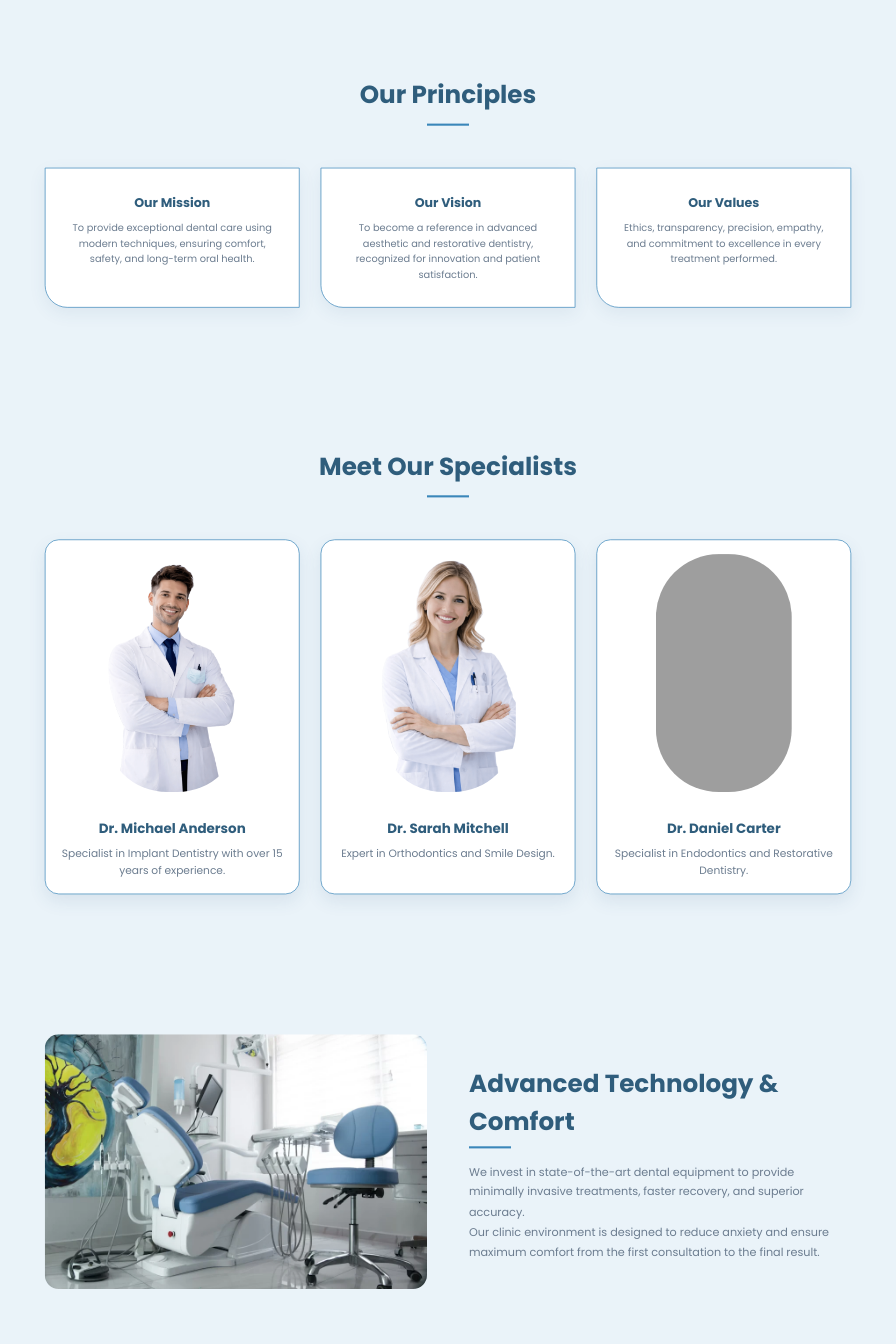
Repository: davidfsillva/OdontoPrime
Page: about.html
The author's editor kept a copy of each file at every save. The page is drawn from the files as they stood at one save, then again after the next save.
The browser window is 1280 px wide. The pictures show the part of the page from y = 942 to 2862 px (the page is 3445 px tall), at 70% of full size.
Pictures or frames that could not be fetched are drawn as grey boxes.

Above is the page before, as saved 2026-02-16 23:38:19.

### about.html
<!DOCTYPE html>
<html lang="en">
<head>
<meta charset="UTF-8">
<meta name="viewport" content="width=device-width, initial-scale=1.0">
<title>About - OdontoPrime Excellence</title>

<link rel="stylesheet" href="style.css">
<link href="https://fonts.googleapis.com/css2?family=Poppins:wght@300;400;600;700&display=swap" rel="stylesheet">
</head>


<body>

<!-- HEADER -->
<header>
    <div class="container nav-container">
        <div class="logo">OdontoPrime</div>

        <nav id="nav">
            <a href="index.html">Home</a>
            <a href="about.html" class="active">About</a>
            <a href="services.html">Services</a>
            <a href="contact.html">Contact</a>
        </nav>

        <div class="menu-toggle" onclick="toggleMenu()">☰</div>
    </div>
</header>

<!-- HERO ABOUT -->
<section class="hero hero-about">
    <div class="container hero-content">
        <div class="hero-text">
            <h1>About OdontoPrime Excellence</h1>
            <p>
                Dedicated to delivering advanced dental care with precision,
                innovation, and a patient-centered approach.
            </p>
        </div>
    </div>
</section>

<!-- OUR STORY -->
<section class="about-preview">
    <div class="container about-grid">
        <div class="about-text">
            <h2>Our Story</h2>
            <p>
                Founded over a decade ago, OdontoPrime Excellence was created with a clear mission:
                to redefine modern dentistry through innovation, comfort, and excellence.
                Our clinic combines advanced technology with a humanized approach,
                ensuring each patient receives personalized and comprehensive care.
            </p>

            <p>
                Over the years, we have built a reputation for delivering long-lasting results,
                aesthetic precision, and preventive solutions that promote complete oral health.
            </p>
        </div>

        <div class="about-image">
            <img src="img/premium.png" alt="Dental clinic interior">
        </div>
    </div>
</section>

<!-- MISSION VISION VALUES -->
<section class="departments">
    <div class="container">
        <h2>Our Principles</h2>

        <div class="dept-grid">

            <div class="card">
                <h3>Our Mission</h3>
                <p>
                    To provide exceptional dental care using modern techniques,
                    ensuring comfort, safety, and long-term oral health.
                </p>
            </div>

            <div class="card">
                <h3>Our Vision</h3>
                <p>
                    To become a reference in advanced aesthetic and restorative dentistry,
                    recognized for innovation and patient satisfaction.
                </p>
            </div>

            <div class="card">
                <h3>Our Values</h3>
                <p>
                    Ethics, transparency, precision, empathy, and commitment
                    to excellence in every treatment performed.
                </p>
            </div>

        </div>
    </div>
</section>

<!-- OUR TEAM -->
<section class="departments about-cards">
    <div class="container">
        <h2>Meet Our Specialists</h2>

        <div class="dept-grid">

            <div class="card">
                <img src="img/dr - Copia.png" alt="Lead dentist">
                <h3>Dr. Michael Anderson</h3>
                <p>Specialist in Implant Dentistry with over 15 years of experience.</p>
            </div>

            <div class="card">
                <img src="img/sara.png" alt="Orthodontist">
                <h3>Dr. Sarah Mitchell</h3>
                <p>Expert in Orthodontics and Smile Design.</p>
            </div>

            <div class="card">
                <img src="img/" alt="Endodontist">
                <h3>Dr. Daniel Carter</h3>
                <p>Specialist in Endodontics and Restorative Dentistry.</p>
            </div>

        </div>
    </div>
</section>

<!-- WHY CHOOSE US EXTENDED -->
<section class="about-preview">
    <div class="container about-grid">

        <div class="about-image">
            <img src="img/photo.webp" alt="Dental technology">
        </div>

        <div class="about-text">
            <h2>Advanced Technology & Comfort</h2>
            <p>
                We invest in state-of-the-art dental equipment to provide
                minimally invasive treatments, faster recovery, and superior accuracy.
            </p>

            <p>
                Our clinic environment is designed to reduce anxiety and ensure
                maximum comfort from the first consultation to the final result.
            </p>
        </div>

    </div>
</section>

<!-- CALL TO ACTION -->
<section class="departments">
    <div class="container" style="text-align:center;">
        <h2>Ready to Transform Your Smile?</h2>
        <p style="max-width:600px; margin:20px auto; color:var(--text-medium);">
            Schedule your consultation today and discover a new standard of dental excellence.
        </p>

        <a href="contact.html" class="btn-view">Book Your Consultation</a>
    </div>
</section>

<!-- FOOTER -->
<footer>
    <p>© 2026 OdontoPrime - All Rights Reserved</p>
</footer>


<!-- BOTÃO VOLTAR AO TOPO -->
<a href="#" class="back-to-top" id="backToTop">↑</a>

<script src="script.js"></script>


</body>
</html>

### style.css
:root{

    --primary-blue: #2F5D7C;
    --secondary-blue: #4F7FA3;
    --accent-blue: #3A86B9;

    --bg-light: #EAF3F9;
    --white: #FFFFFF;
    --off-white: #E6EEF5;

    --text-dark: #2E3A46;
    --text-medium: #6B7C8F;

    --hero-gradient-start: rgba(47, 93, 124, 0.95);
    --hero-gradient-end: rgba(79, 127, 163, 0.85);

    --shadow-soft: 0 5px 20px rgba(47, 93, 124, 0.08);
}

*{
    margin:0;
    padding:0;
    box-sizing:border-box;
    font-family:'Poppins', sans-serif;
}

body{
    background:var(--bg-light);
    color:var(--text-dark);
}

.container{
    width:90%;
    max-width:1200px;
    margin:auto;
}

/* HEADER */

nav{
    display:flex;
    align-items:center;
}

header{
    position:absolute;
    width:100%;
    padding:25px 0;
    z-index:1000;
    background:transparent;
}

.nav-container{
    display:flex;
    justify-content:space-between;
    align-items:center;
}

.logo{
    font-weight:700;
    font-size:1.9rem;
    color:var(--white);
    text-shadow: 0 3px 8px rgba(0, 0, 0, 0.5);
}

nav a{
    margin-left:25px;
    text-decoration:none;
    color:var(--white);
    font-weight:500;
    transition:0.3s;
}

nav a:hover{
    color:var(--accent-blue);
}

.menu-toggle{
    display:none;
    font-size:24px;
    cursor:pointer;
    color:var(--white);
}

nav a.active{
    color: var(--accent-blue);
    font-weight: 600;
    position: relative;
}

/* HERO */

.hero{
    min-height:100vh;
    display:flex;
    align-items:center;
    background:
    linear-gradient(to right,
    rgba(79, 127, 163, 0.438),
    rgba(58, 134, 185, 0.048)),
    url('img/hero.webp') center/cover no-repeat;
    color:var(--white);
    padding:0 0;
    position:relative;
}

.hero-content{
    width:100%;
}

.hero-text{
    max-width:600px;
}

.hero h1{
    font-size:2.8rem;
    margin-bottom:20px;
    font-weight:700;
    line-height:1.2;
    text-shadow: 0 3px 8px rgba(0, 0, 0, 0.5);
}

.hero p{
    margin-bottom:25px;
    max-width:500px;
    font-size:16px;
    line-height:1.6;
    color:var(--white);
    text-shadow: 0 3px 8px rgba(0, 0, 0, 0.5);
}

.hero-about{
    background: var(--primary-blue);
    min-height: 60vh;
}


/* HERO STATS */

.hero-stats{
    position:absolute;
    bottom:0px;
    left:60%;
    transform:translateX(-50%);
    width:90%;
    max-width:1100px;
    display:grid;
    grid-template-columns:repeat(auto-fit, minmax(180px,1fr));
    gap:20px;
    padding:25px 40px;
    background:rgba(255,255,255,0.15);
    backdrop-filter:blur(15px);
    -webkit-backdrop-filter:blur(15px);
    border-radius:20px 0px 0px 0px;
    border:1px solid rgba(255,255,255,0.2);
}

.stat-item{
    text-align:center;
    color:var(--white);
}

.stat-item h2{
    font-size:2rem;
    font-weight:700;
}

.stat-item p{
    font-size:0.9rem;
    opacity:0.9;
}

/* BUTTONS */

.btn{
    padding:14px 30px;
    background:var(--white);
    border:none;
    color:var(--primary-blue);
    font-weight:600;
    border-radius:30px;
    cursor:pointer;
    transition:0.3s;
}

.btn:hover{
    background:var(--accent-blue);
    color:var(--white);
    transform:translateY(-3px);
}

.btn-view {
    padding:14px 30px;
    background:var(--accent-blue);
    border:none;
    color:var(--white);
    font-weight:600;
    border-radius:30px;
    cursor:pointer;
    transition:0.3s;
    text-decoration: none;
    text-align: center;
    display: block;
    width: fit-content;
    margin:40px auto 0;
}

.btn-view:hover {
    transform: translateY(-5px);
    box-shadow: 0 15px 30px rgba(0,0,0,0.2);
}

/* ABOUT */
.about-image{
    position:relative;
    overflow:hidden;
}


.about-preview{
    padding:100px 0;
}

.about-grid{
    display:grid;
    grid-template-columns:1fr 1fr;
    gap:60px;
    align-items:center;
}

.about-text h2{
    font-size:2.2rem;
    color:var(--primary-blue);
    margin-bottom:20px;
    position:relative;
}

.about-text h2::after{
    content:"";
    width:60px;
    height:3px;
    background:var(--accent-blue);
    display:block;
    margin-top:10px;
}

.about-text p{
    font-size:16px;
    line-height:1.8;
    color:var(--text-medium);
}

.about-grid img:not(.lead-dentist){
    width:100%;
    border-radius:20px;
}

.lead-dentist {
    border-radius: 30px; /* cantos arredondados */
    width: 60%;
    height: auto;
    margin: 0 auto;
    box-shadow: 0 8px 20px rgba(0,0,0,0.2); /* opcional: sombra suave */
    display: flex;
    justify-content: center; /* centraliza horizontalmente */
    align-items: center;     /* centraliza verticalmente se tiver altura */
}

/* DEPARTMENTS */

.departments{
    padding:100px 0;
}

.departments h2{
    text-align:center;
    font-size:2.2rem;
    color:var(--primary-blue);
    margin-bottom:60px;
    position:relative;
}

.departments h2::after{
    content:"";
    width:60px;
    height:3px;
    background:var(--accent-blue);
    display:block;
    margin:15px auto 0;
}

.dept-grid{
    display:grid;
    grid-template-columns: repeat(auto-fit, minmax(280px, 1fr));
    gap:30px;
}


.card {
    background:var(--white);
    padding:35px 25px;
    text-align:center;
    border-radius:18px;
    box-shadow:0 8px 25px rgba(47,93,124,0.08);
    transition:0.3s ease;


    border-radius: 0 0 0 32px;
    border:1px solid #3A86B9;

}

.why-card{
    border: none;
}


.card:hover{
    transform:translateY(-6px);
    box-shadow:0 15px 35px rgba(47,93,124,0.15);
}

.card img{
    width:60px;
    margin-bottom:15px;
}

.card h3{
    font-size:18px;
    margin-bottom:12px;
    color:var(--primary-blue);
}

.card p{
    font-size:14px;
    line-height:1.6;
    color:var(--text-medium);
}

/* WHY SECTION FULL IMAGE CARDS */

.why-card {
    position: relative;
    overflow: hidden;
    padding: 0;
    height: 350px;
    border-radius: 20px;
}

.why-card img {
    width: 100%;
    height: 100%;
    object-fit: cover;
    display: block;
}

.why-card .card-content {
    position: absolute;
    bottom: 0;
    width: 100%;
    padding: 25px;
    background: linear-gradient(
        to top,
        rgba(0,0,0,0.75),
        rgba(0,0,0,0.2)
    );
    color: var(--white);
}

.why-card h3 {
    margin-bottom: 8px;
    color: var(--white);
}

.why-card p {
    color: rgba(255,255,255,0.9);
    font-size: 14px;
}


/* WHY US */

.why-us{
    padding:100px 0;
    background:var(--white);
}

.why-us h2{
    text-align:center;
    font-size:2.2rem;
    margin-bottom:60px;
    color:var(--primary-blue);
    position:relative;
}

.why-us h2::after{
    content:"";
    width:60px;
    height:3px;
    background:var(--accent-blue);
    display:block;
    margin:15px auto 0;
}

.contact-grid{
    display:grid;
    grid-template-columns:1fr 1fr;
    gap:60px;
    align-items:start;
}

/* BOTÃO VOLTAR AO TOPO */
.back-to-top {
    position: fixed;       /* fixa na tela */
    bottom: 30px;          /* distância do rodapé */
    right: 30px;           /* distância da borda direita */
    background: var(--accent-blue);
    color: var(--white);
    padding: 12px 18px;
    border-radius: 50px;   /* deixa arredondado */
    text-decoration: none;
    font-weight: 600;
    font-size: 12px;
    box-shadow: 0 8px 20px rgba(0,0,0,0.2);
    transition: 0.3s;
    opacity: 0;            /* inicialmente invisível */
    pointer-events: none;  /* não clicável até aparecer */
    z-index: 1000;
}

.back-to-top:hover {
    background: var(--off-white);
    transform: translateY(-3px);
    color: black;
}

/* quando visível */
.back-to-top.show {
    opacity: 1;
    pointer-events: auto;
}

/* CARDS ESPECÍFICOS DA PÁGINA ABOUT */
.departments.about-cards .card {
    border-radius: 20px;
    padding: 20px;
    box-shadow: 0 10px 25px rgba(47,93,124,0.1);
    transition: transform 0.3s ease, box-shadow 0.3s ease;
    text-align: center;
}

/* Hover */
.departments.about-cards .card:hover {
    transform: translateY(-5px);
    box-shadow: 0 15px 35px rgba(47,93,124,0.2);
}

/* Card titles and text */
.departments.about-cards .card h3 {
    font-size: 1.2rem;
    color: var(--primary-blue);
    margin: 15px 0 10px;
}

.departments.about-cards .card p {
    font-size: 0.95rem;
    line-height: 1.6;
    color: var(--text-medium);
}

/* Imagem maior e proporcional */
.departments.about-cards .card img {
    width: 60%;          /* ocupa toda a largura do card */
    height: 340px;        /* altura maior */
    object-fit: cover;    /* mantém proporção e recorta excesso */
    border-radius: 90px;  /* cantos arredondados */
    margin-bottom: 15px;  /* separação do texto */
}






/* FOOTER */

footer{
    background:var(--primary-blue);
    color:var(--white);
    text-align:center;
    padding:30px;
    font-size:14px;
}

/* RESPONSIVE */

/* =========================
   RESPONSIVE
========================= */
@media (max-width: 768px) {

    /* NAVIGATION */
    nav {
        position: absolute;
        top: 80px;
        right: 0;
        background: var(--white);
        flex-direction: column;
        width: 200px;
        display: none;
        box-shadow: var(--shadow-soft);
    }

    nav a {
        padding: 15px;
        margin: 0;
        border-bottom: 1px solid var(--off-white);
        color: var(--text-dark);
    }

    nav.active {
        display: flex;
    }

    .menu-toggle {
        display: block;
    }

        /* HERO INTERNO (about, services, contact) */
    .hero-about,
    .hero-services,
    .hero-contact {
        min-height: 45vh;
        display: flex;
        align-items: center;
        justify-content: center;
        text-align: center;
        padding: 100px 20px 40px;
    }

    .hero-about h1,
    .hero-services h1,
    .hero-contact h1 {
        font-size: 1.6rem;
    }

    .hero-about p,
    .hero-services p,
    .hero-contact p {
        font-size: 0.95rem;
        max-width: 100%;
        margin: 0 auto;
    }

    /* ABOUT GRID */
    .about-grid {
        grid-template-columns: 1fr;
        gap: 30px;
        text-align: center;
    }

    .about-text h2 {
        font-size: 1.6rem;
    }

    /* DEPARTMENTS / SERVICES GRID */
    .dept-grid {
        grid-template-columns: 1fr;
        gap: 20px;
    }

    .card {
        padding: 25px 20px;
    }

    /* WHY SECTION */
    .why-us {
        padding: 70px 0;
    }

    .why-card {
        height: 280px;
    }

    /* CONTACT PAGE (caso tenha form grid) */
    .contact-grid {
        grid-template-columns: 1fr;
        gap: 30px;
    }

    .contact-form input,
    .contact-form textarea {
        width: 100%;
    }

    .hero {
        flex-direction: column;
        justify-content: center;
        align-items: center;
        text-align: center;
        padding: 20px 20px 0;
        background:
            linear-gradient(to top,
            rgba(47, 93, 124, 0.048),
            rgba(47, 93, 124, 0.2)),
            url('img/hero-mobile.webp') center/cover no-repeat;
    }



    .hero h1 {
        font-size: 1.8rem;
    }

    .hero p {
        max-width: 100%;
    }

        .hero-stats {
        left: 50%;
        transform: translateX(-50%);
        width: 95%;
        max-width: 100%;
        border-radius: 20px 20px 0 0;
        padding: 10px 12px 10px;
        gap: 1px;
        grid-template-columns: repeat(2, 1fr);
    }

    .stat-item h2 {
        font-size: 1.4rem;
    }

    .stat-item p {
        font-size: 0.75rem;
    }



}

### script.js
// TOGGLE MENU MOBILE
function toggleMenu() {
    document.getElementById("nav").classList.toggle("active");
}

// BOTÃO VOLTAR AO TOPO
const backToTopButton = document.getElementById('backToTop');

// Mostrar o botão quando a página for rolada 300px ou mais
window.addEventListener('scroll', () => {
    if (window.scrollY > 300) {
        backToTopButton.classList.add('show');
    } else {
        backToTopButton.classList.remove('show');
    }
});

// Rolar suavemente até o topo ao clicar
backToTopButton.addEventListener('click', (e) => {
    e.preventDefault();
    window.scrollTo({ top: 0, behavior: 'smooth' });
});

After the next save:
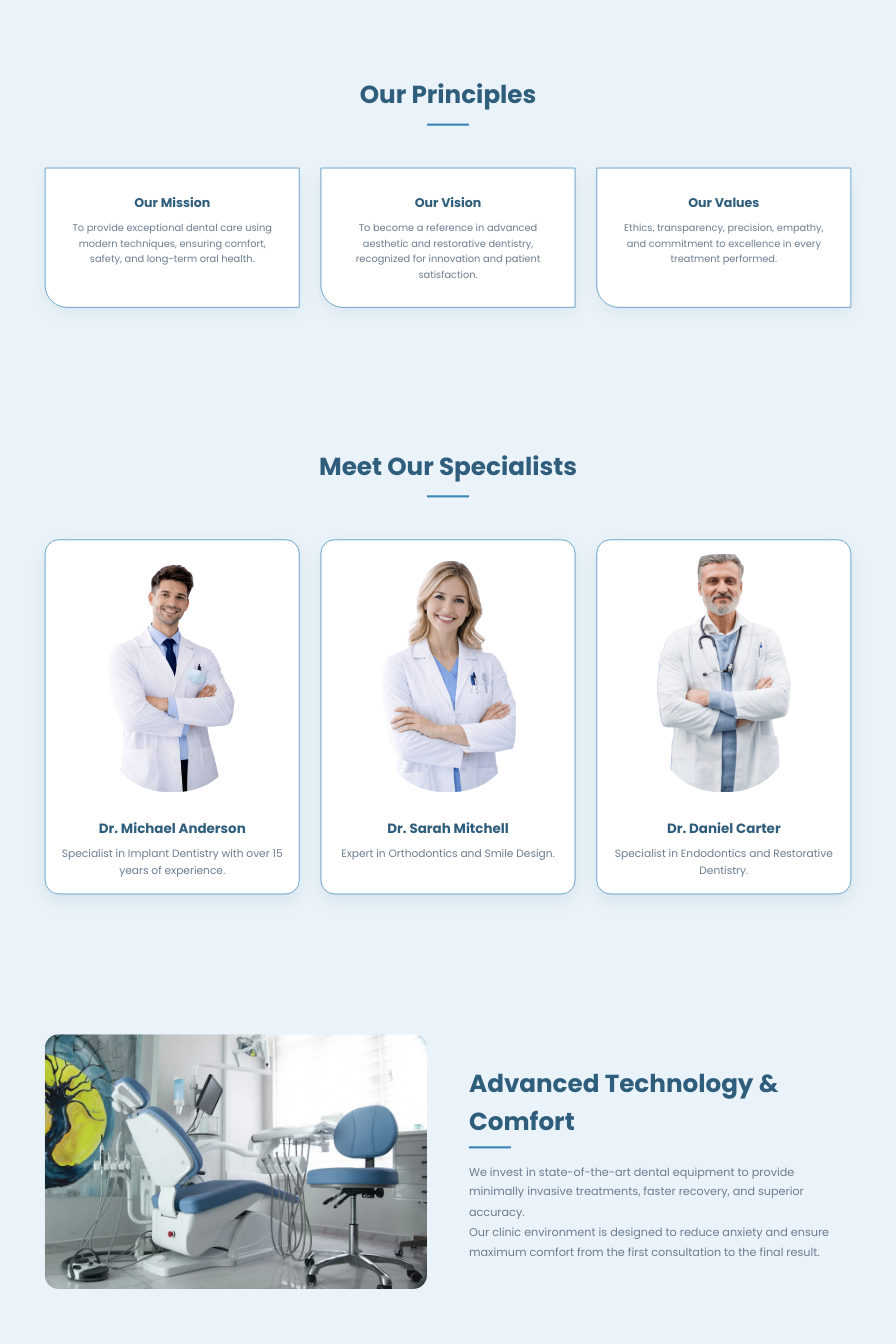
Saved 4 s later.
--- a/about.html
+++ b/about.html
@@ -120,7 +120,7 @@
             </div>
 
             <div class="card">
-                <img src="img/" alt="Endodontist">
+                <img src="img/premium (1) (1).png" alt="Endodontist">
                 <h3>Dr. Daniel Carter</h3>
                 <p>Specialist in Endodontics and Restorative Dentistry.</p>
             </div>

After the save that followed:
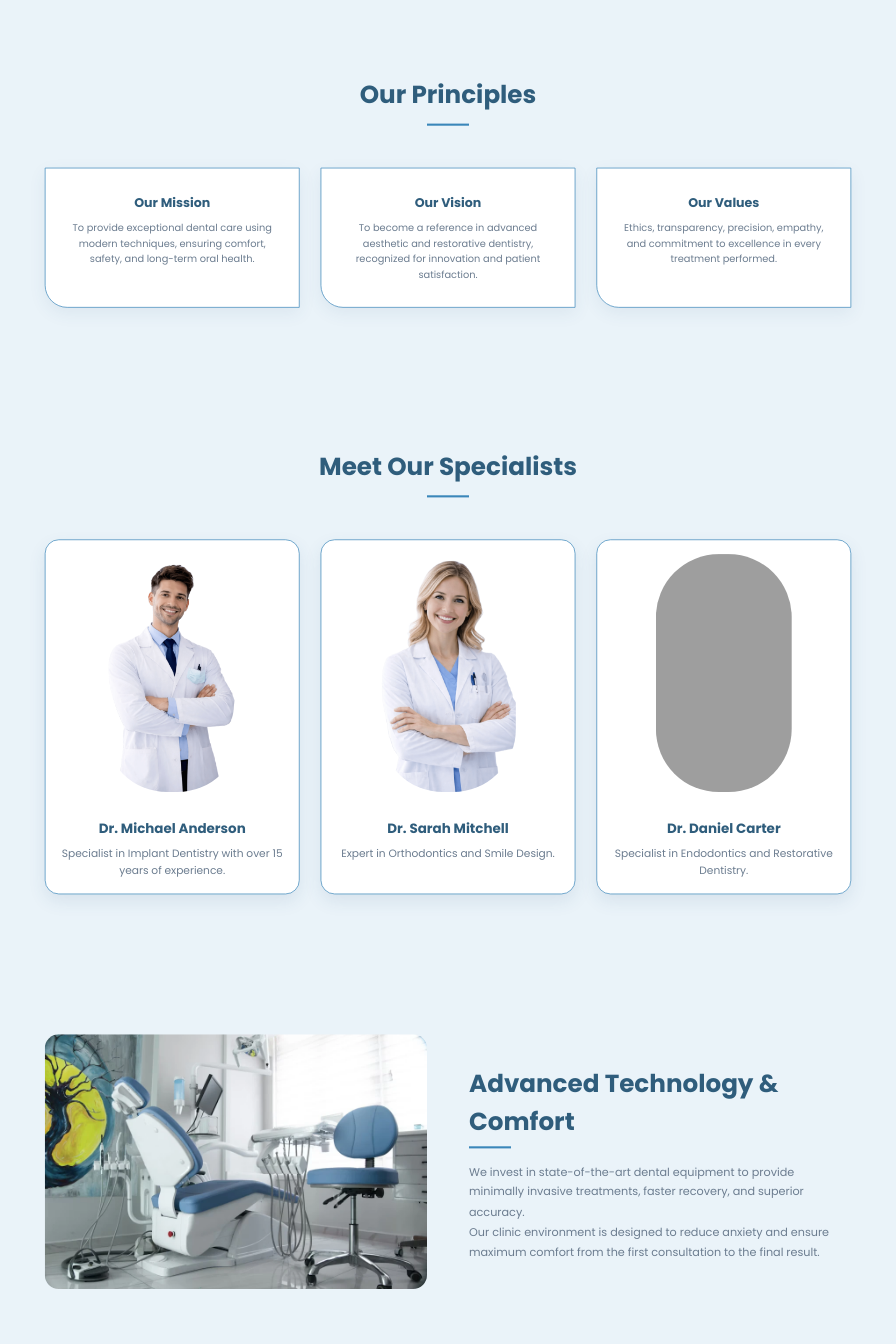
Saved 14 min 30 s later.
--- a/about.html
+++ b/about.html
@@ -120,7 +120,7 @@
             </div>
 
             <div class="card">
-                <img src="img/premium (1) (1).png" alt="Endodontist">
+                <img src="img/" alt="Endodontist">
                 <h3>Dr. Daniel Carter</h3>
                 <p>Specialist in Endodontics and Restorative Dentistry.</p>
             </div>
